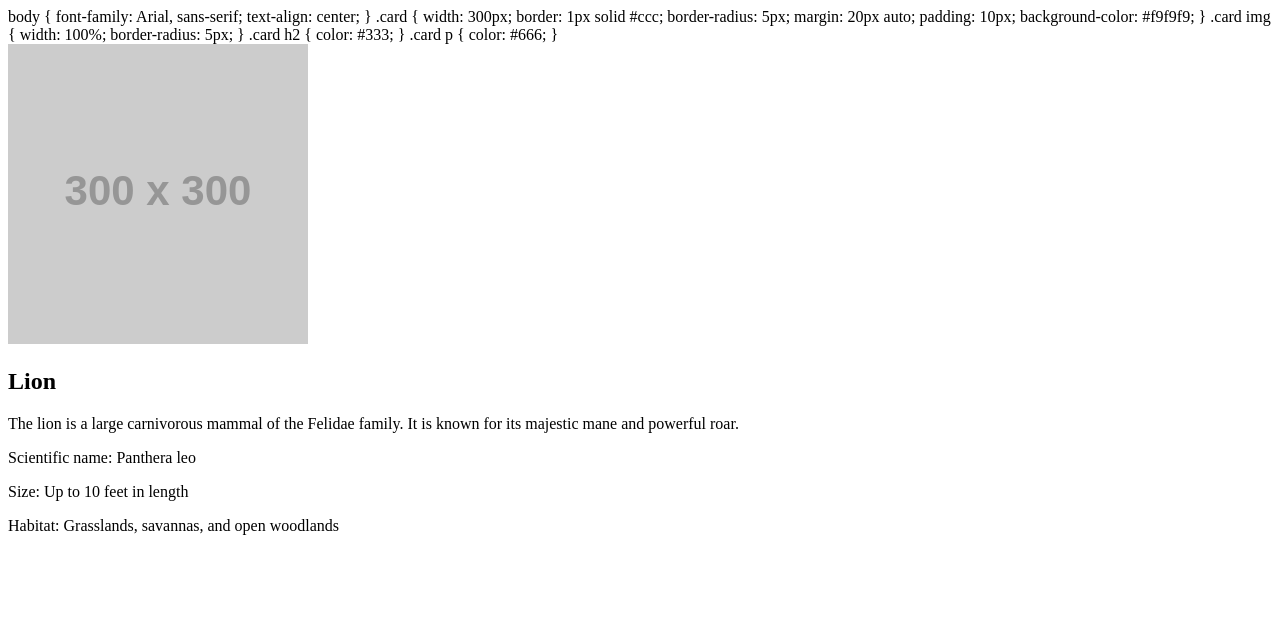
Repository: KingBoyMaylow/Animal-trading-card
Page: index.html
The author's editor kept a copy of each file at every save. The page is drawn from the files as they stood at one save, then again after the next save.
The browser window is 1280 px wide. The pictures show the whole page.

Above is the page before, as saved 2024-05-13 21:26:06.

### index.html
<!DOCTYPE html>
<html lang="en">
<head>
    <meta charset="UTF-8">
    <meta name="viewport" content="width=device-width, initial-scale=1.0">
    <title>Document</title>
</head>
<body>
    <style></style>
    body {
        font-family: Arial, sans-serif;
        text-align: center;
    }
    .card {
        width: 300px;
        border: 1px solid #ccc;
        border-radius: 5px;
        margin: 20px auto;
        padding: 10px;
        background-color: #f9f9f9;
    }
    .card img {
        width: 100%;
        border-radius: 5px;
    }
    .card h2 {
        color: #333;
    }
    .card p {
        color: #666;
    }
</style>
</head>
<body>
    <div class="card">
        <img src="https://via.placeholder.com/300" alt="Lion">
        <h2>Lion</h2>
        <p>The lion is a large carnivorous mammal of the Felidae family. It is known for its majestic mane and powerful roar.</p>
        <p>Scientific name: Panthera leo</p>
        <p>Size: Up to 10 feet in length</p>
        <p>Habitat: Grasslands, savannas, and open woodlands</p>
    </div>
</body>
</html>

After the next save:
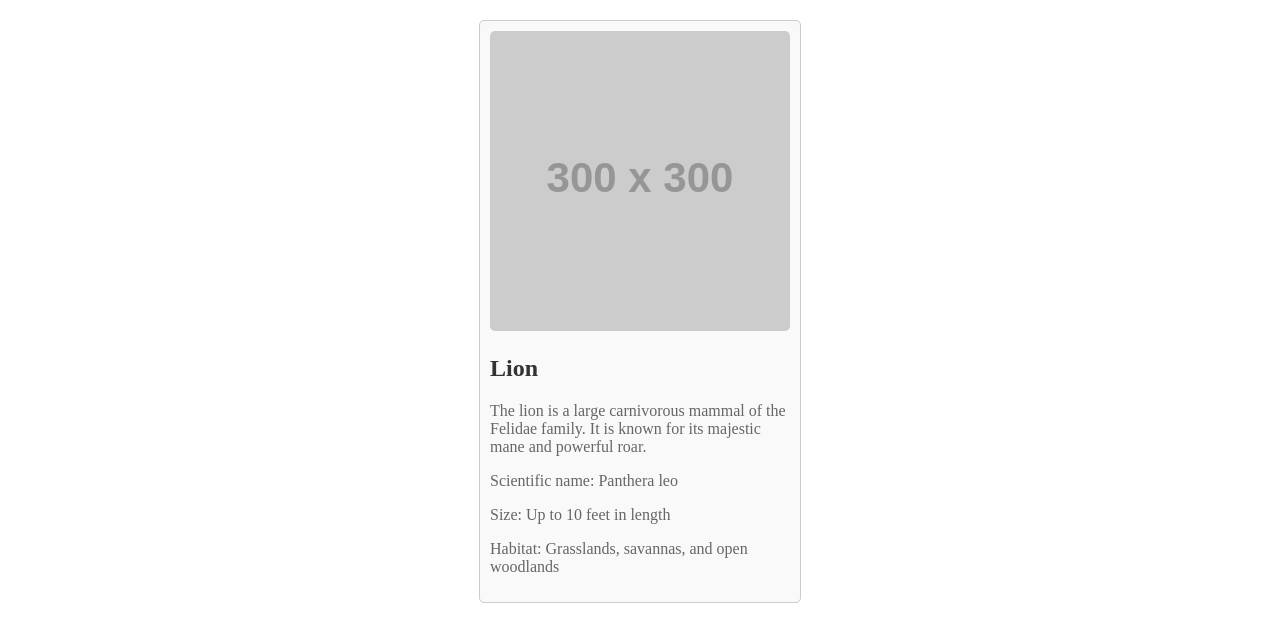
Saved 11 s later.
--- a/index.html
+++ b/index.html
@@ -6,7 +6,7 @@
     <title>Document</title>
 </head>
 <body>
-    <style></style>
+    <style>C
     body {
         font-family: Arial, sans-serif;
         text-align: center;
